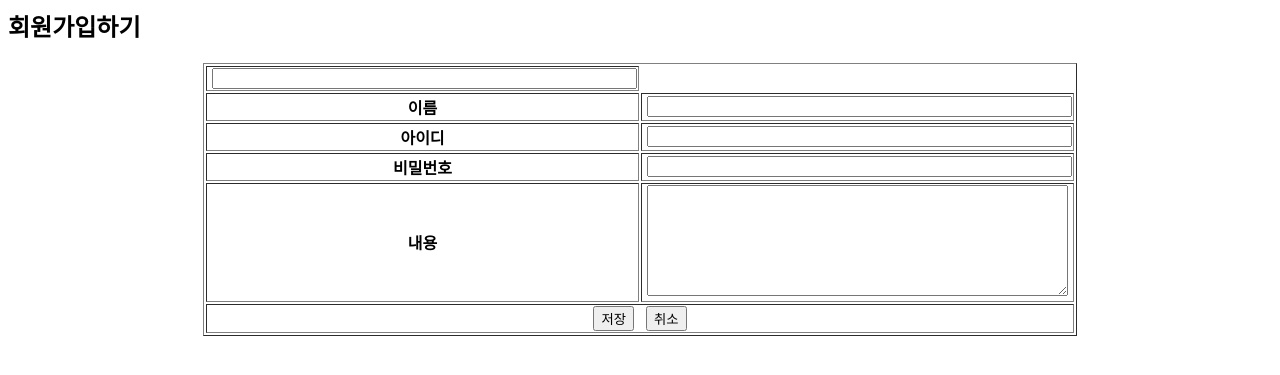
Repository: jiyeonjeon01/JSPStudy
Page: jspStudy/src/main/webapp/member/register.html
These files come from the project's save history. The page is drawn as it stood at one moment and after the next save; the edit follows.
The browser window is 1280 px wide. The pictures show the whole page.

Above is the page before, as saved 2024-12-03 07:53:26.

After the next save:
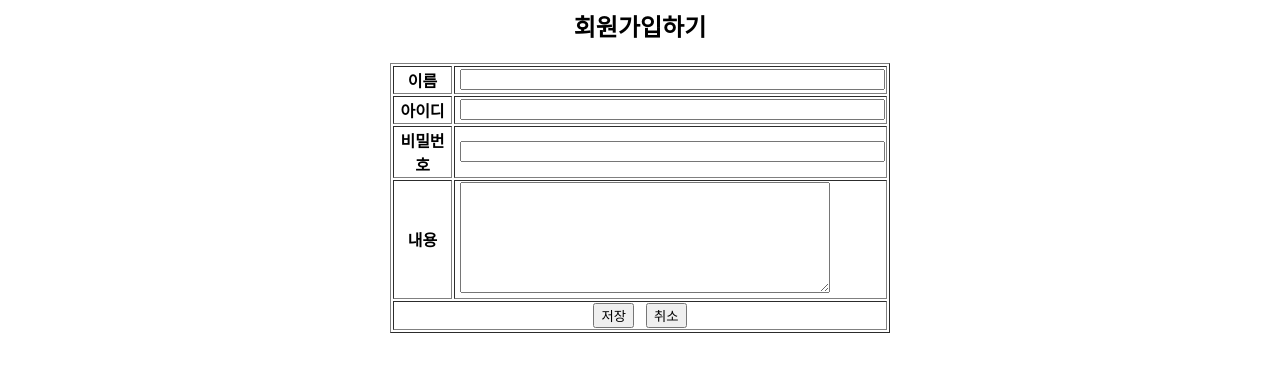
Saved 51 min 27 s later.
--- a/jspStudy/src/main/webapp/member/register.html
+++ b/jspStudy/src/main/webapp/member/register.html
@@ -1,57 +1,67 @@
 <html>
-  <head>
-  <meta charset="UTF-8">
-	<meta name="viewport" content="width=device-width, initial-scale=1.0">
+
+<head>
+    <meta charset="UTF-8">
+    <meta name="viewport" content="width=device-width, initial-scale=1.0">
     <title>회원가입하기</title>
-  </head>
-  <body>
-		<form method="post" action="/jspStudy/memberInsert">
-      <table align="center" width="500" border="1">
+    <style>
+        th {
+            width: 100px;
 
-        <tr>
-            <h2>회원가입하기</h2>
-        <td width="430">
-          &nbsp;<input type="text" name="writer" size="50">
-        </td>
-        </tr>
+        }
+        td {
+            width: 400px;
+        }
+        textarea {
+            width: 370px;
+        }
+    </style>
+</head>
 
-        <tr>
-            <th width="70">이름</th>
-        <td width="430">
-          &nbsp;<input type="text" name="writer" size="50">
-        </td>
-        </tr>
+<body>
+    <form method="post" action="/jspStudy/memberInsert">
+        <table align="center" width="500" border="1">
+            <h2 align="center">회원가입하기</h2>
 
-        <tr>
-            <th width="70">아이디</th>
-        <td width="430">
-          &nbsp;<input type="text" name="writer" size="50">
-        </td>
-        </tr>
 
-        <tr>
-            <th width="70">비밀번호</th>
-        <td width="430">
-          &nbsp;<input type="text" name="writer" size="50">
-        </td>
-        </tr>
+            <tr>
+                <th>이름</th>
+                <td>
+                    &nbsp;<input type="text" name="name" size="50">
+                </td>
+            </tr>
 
-        <tr>
-        <th>내용</th>
-        <td>
-          &nbsp;<textarea rows="7" cols="50" name="memo">
+            <tr>
+                <th>아이디</th>
+                <td>
+                    &nbsp;<input type="text" name="id" size="50">
+                </td>
+            </tr>
+
+            <tr>
+                <th>비밀번호</th>
+                <td>
+                    &nbsp;<input type="text" name="pw" size="50">
+                </td>
+            </tr>
+
+            <tr>
+                <th>내용</th>
+                <td>
+                    &nbsp;<textarea rows="7" cols="51" name="script">
                  </textarea>
-         </td>
-        </tr>
+                </td>
+            </tr>
 
-        <tr>
-         <td colspan="2" align="center">
-           <input type="submit" value="저장">&nbsp;&nbsp;
-           <input type="reset" value="취소">
-         </td>
-        </tr>
+            <tr>
+                <td colspan="2" align="center">
+                    <input type="submit" value="저장">&nbsp;&nbsp;
+                    <input type="reset" value="취소">
+                </td>
+            </tr>
 
-    </table>
+        </table>
     </form>
-  </body>
+</body>
+
 </html>
